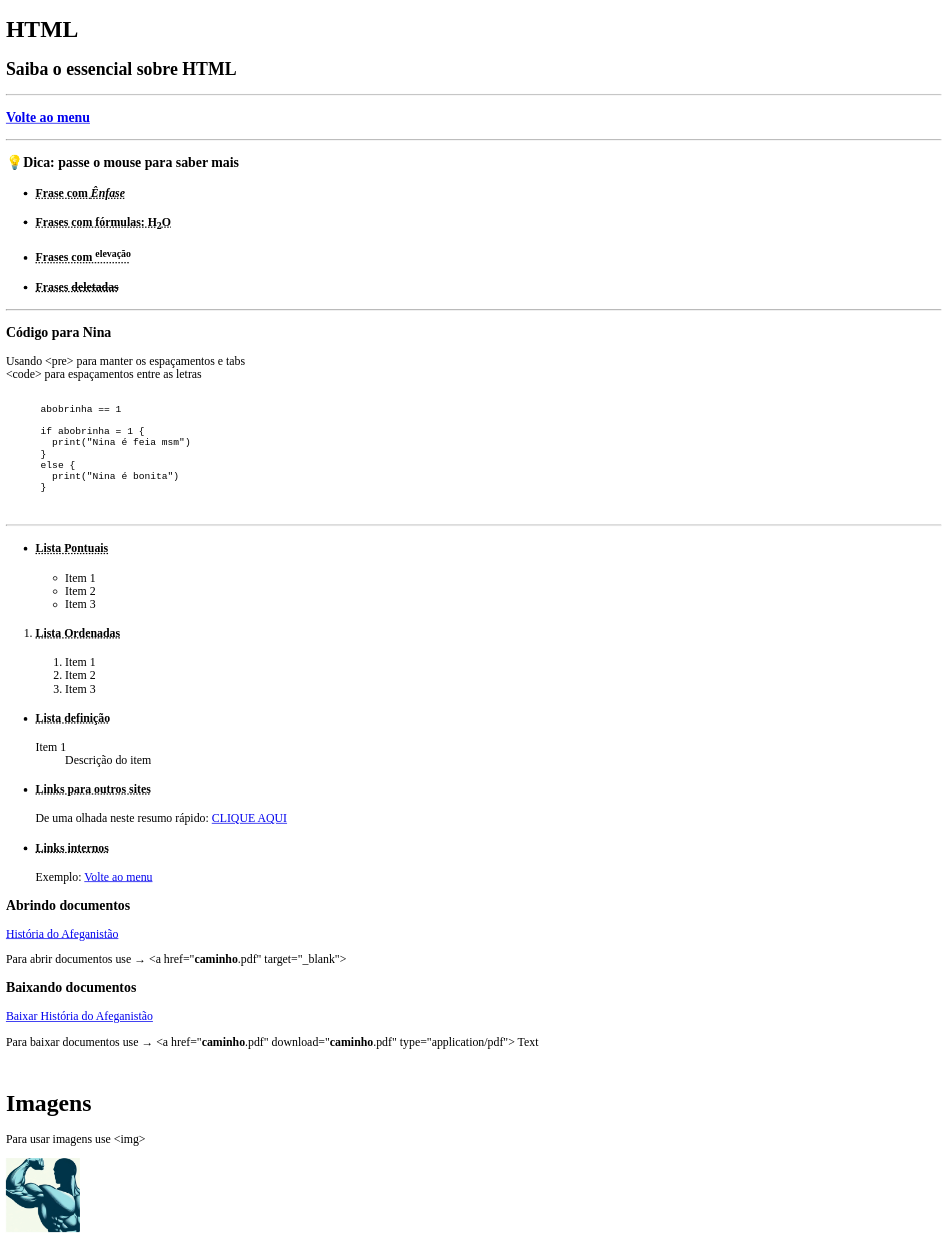
Repository: LuidyOn/Site_Forca_Total
Page: ForçaTotal/sobreHTML.html
An editor plug-in stored every save of this project. The page is shown before and after the next save, followed by the edit.
The browser window is 1280 px wide. The pictures show the whole page, at 74% of full size.

Above is the page before, as saved 2025-05-15 20:56:27.

After the next save:
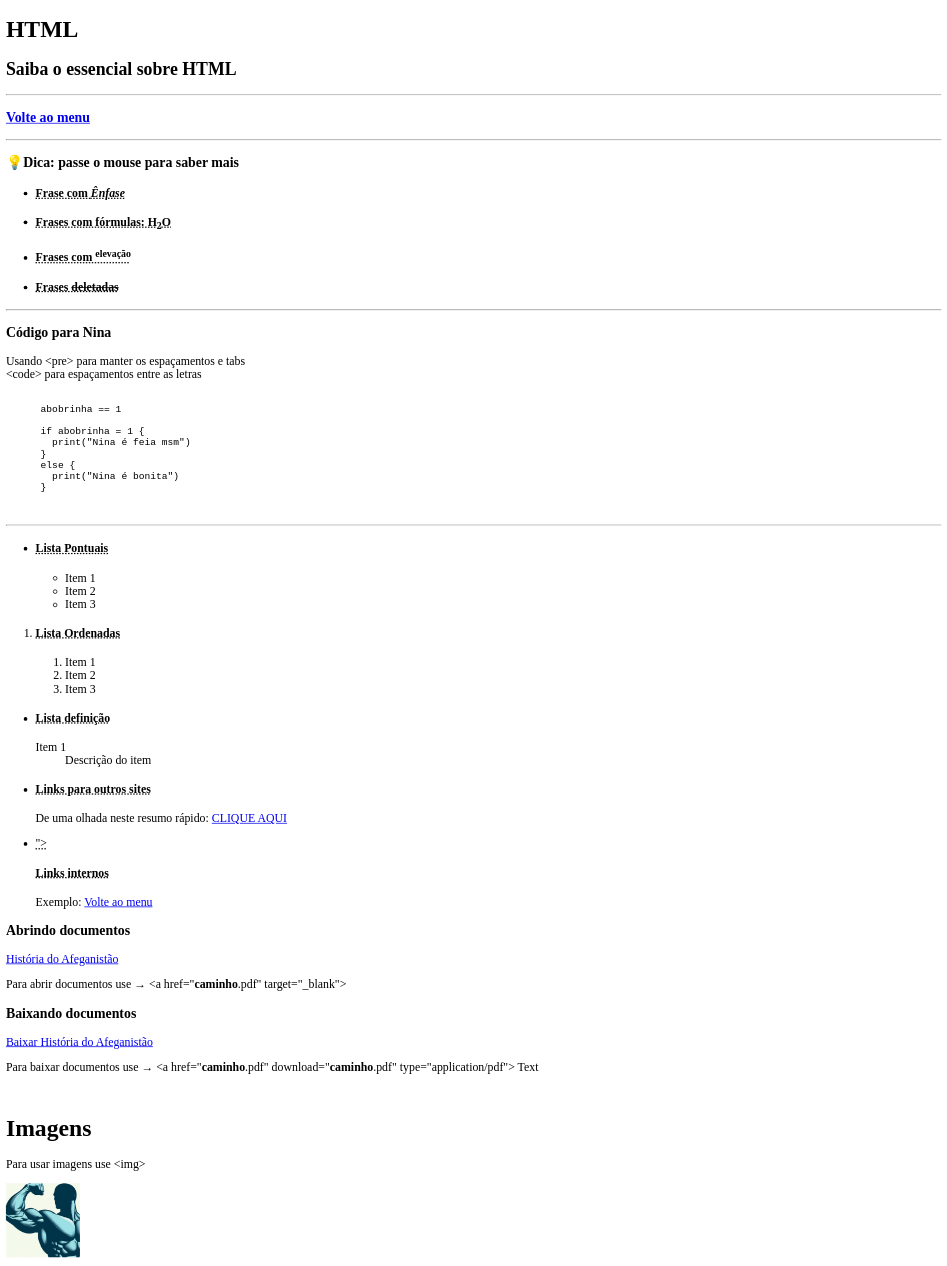
Saved 4 s later.
--- a/ForçaTotal/sobreHTML.html
+++ b/ForçaTotal/sobreHTML.html
@@ -86,7 +86,7 @@
       </ul>
 
       <ul>
-        <li><abbr title="dica → <a href='https...' target='_blank'></a> text </a>"><h4>Links internos</h4></abbr>
+        <li><abbr title="dica → <a href="index .html" rel="prev"></a>"><h4>Links internos</h4></abbr>
         </li>
         <p>Exemplo: <a href="index.html" rel="prev"> Volte ao menu</a></p>
       </ul>

After the 4 saves that followed:
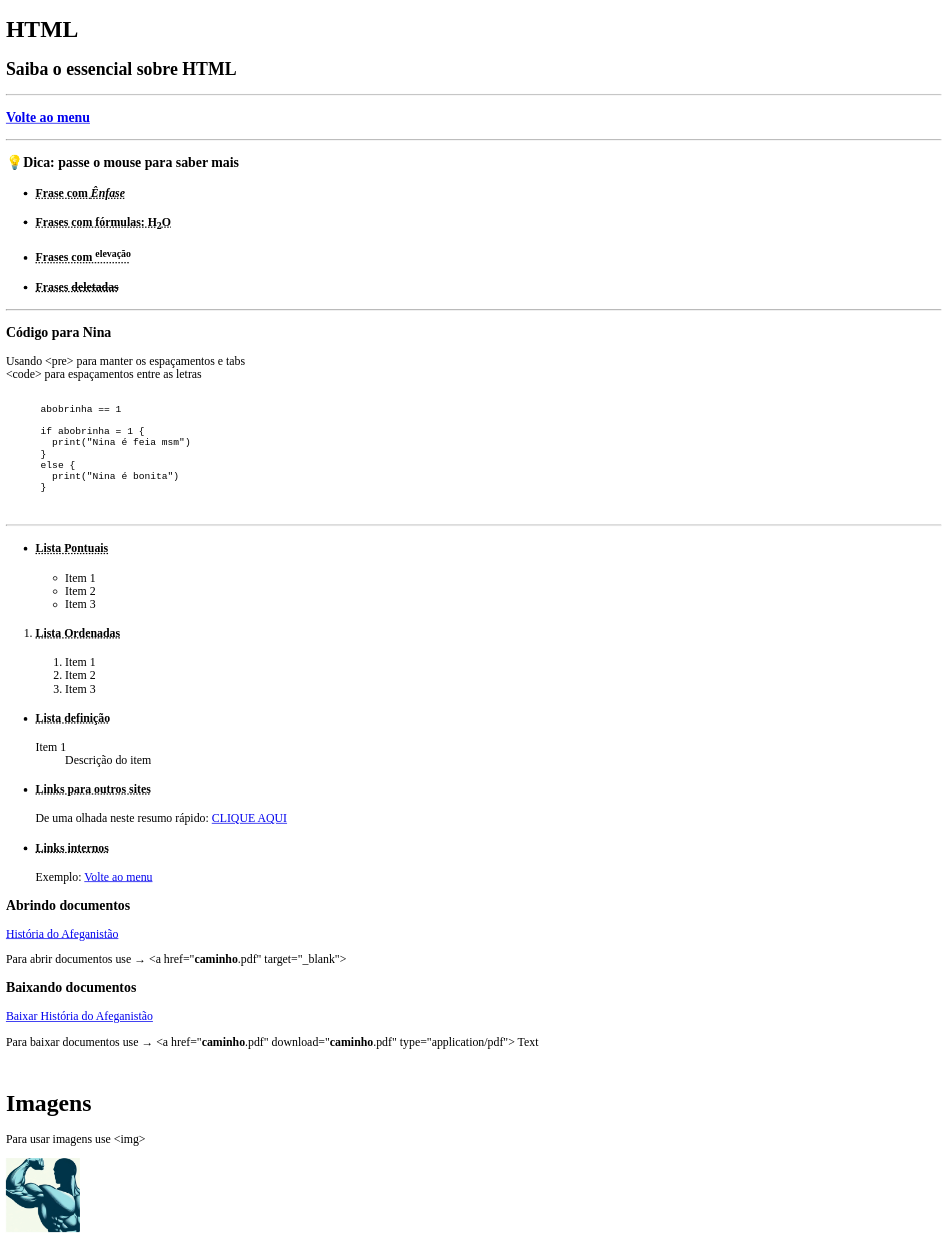
The 4 saves are shown as one change because 2 left the picture as it was and some came seconds apart.
The last was saved 14 s later.
--- a/ForçaTotal/sobreHTML.html
+++ b/ForçaTotal/sobreHTML.html
@@ -86,7 +86,7 @@
       </ul>
 
       <ul>
-        <li><abbr title="dica → <a href="index .html" rel="prev"></a>"><h4>Links internos</h4></abbr>
+        <li><abbr title="dica → <a href='index .html' rel='prev'></a>"><h4>Links internos</h4></abbr>
         </li>
         <p>Exemplo: <a href="index.html" rel="prev"> Volte ao menu</a></p>
       </ul>
